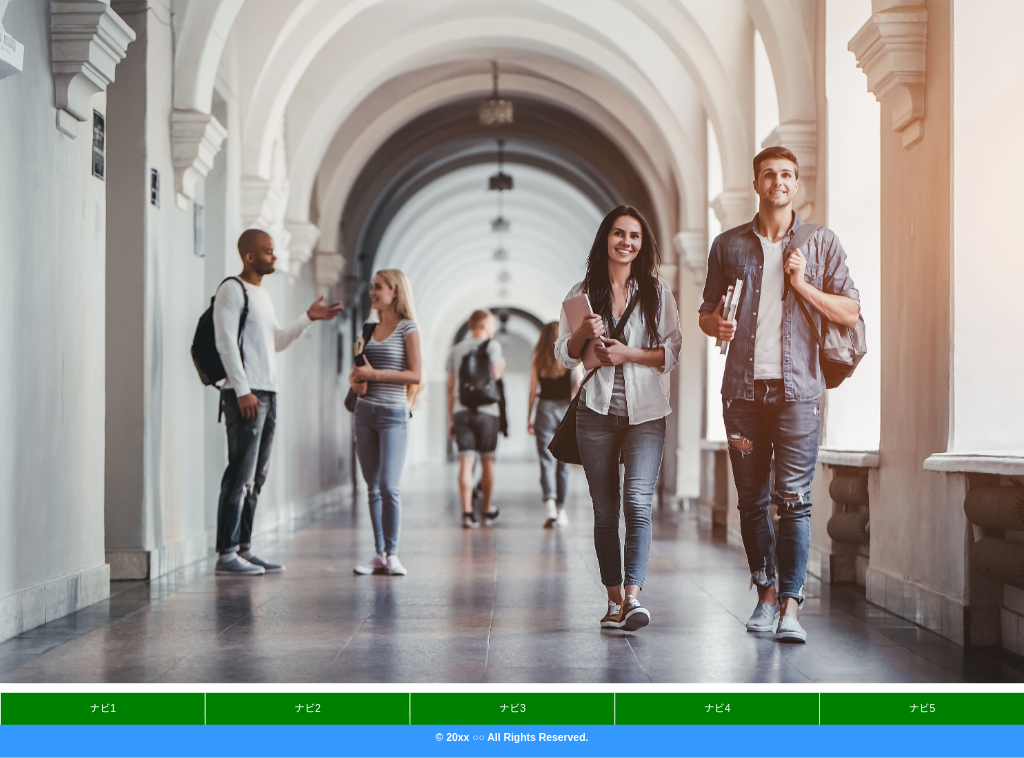
Repository: haruki1008/samurai_HTML-CSS
Page: home.html
The author's editor kept a record of every edit. The page is drawn from the files as they stood at one moment, then again after the next edit.
The browser window is 1280 px wide. The pictures show the whole page, at 80% of full size.
Pictures or frames that could not be fetched are drawn as grey boxes.

Above is the page before.

### home.html
<!DOCTYPE html>
<html lang="ja">
    <head>
        <meta charset="UTF-8">
        <title>HTML/CSSの学習</title>
        <link rel="stylesheet" href="stylesheet.css">
    </head>
    <body>
        <div id="header">

            <h1><a href="index.html"><img id="corridor" src="images/corridor.jpg" alt="大学の廊下" /></a></h1>
        </div>
        <div id="wrapper">
            <div id="nav">
                <ul>
                    <li><a href="home.html">ナビ1</a></li>
                     <li><a href="#">ナビ2</a></li>
                     <li><a href="#">ナビ3</a></li>
                     <li><a href="#">ナビ4</a></li>
                     <li><a href="#">ナビ5</a></li>

                </ul>
            </div>
        </div>
                <div id="footer">
            <p>&copy; 20xx ○○ All Rights Reserved.</p>
        </div>
    </body>
</html>

### stylesheet.css
@charset "utf-8";

body {
	margin: 0;
	padding: 0;
	font-family: "ヒラギノ角ゴ Pro W3", "Hiragino Kaku Gothic Pro", "メイリオ", Meiryo, Osaka, "ＭＳ Ｐゴシック", "MS PGothic", sans-serif;
	color: #333;
	font-size: 13px;
	line-height: 150%;
}

/* -------------------- wrapper -------------------- */
#wrapper {
	width: 100%;
	margin: auto;
	padding: 0px;
	border: 0px;
	background-color: #FFF;
	top: 10px;
	position: relative;
}
/* -------------------- header -------------------- */
 #header {
 	width: 100%;
 }
 #header h1 {
 	 margin: 0;
	 padding: 0;
 }

 #corridor {
	 width: 100%;
	 height: auto;
 }

 /* -------------------- footer -------------------- */
 #footer {
 	 clear: both;
 	 width: 100%;
 	 padding: 3px 0 3px 0;
 	 background: #39F;
 	 color: #FFF;
 	 font-weight: bold;
 	 text-align: center;
 }
 /* -------------------- nav -------------------- */
 #nav{
 	width: 100%;
 }
 #nav ul {
	 margin: 0;
	 padding: 0;
	 list-style-type: none;
 }
 #nav ul li {
	 float: left;
	 width: 20%;
	 text-align: center;
 }
 #nav ul li a {
	 display: block;
	 height: 20px;
	 margin: 0;
	 padding: 10px;
	 color: #FFF;+	 font-size: 20px;
	 text-decoration: none;
	 background-color: green;
    border-left: 1px solid white;
 }
  /* -------------------- container -------------------- */
 #container {
	 width: 100%;
	 margin: auto ;
	 padding: auto;
	 padding-top: 20px;
	 clear: both;
 }
 /* -------------------- main -------------------- */
 #main {
	 float: left;
	 width: 60%;
	 padding: 10px 30px 10px 10px;
 }
 #main h2 {
	 margin: 0 0 10px 0;
	 padding: 3px 10px 3px 10px;
	 color: #FFF;
	 font-size: 16px;
border-left: solid 10px #C00;
	 background: #F90 url(../images/main_h2.jpg) right top repeat-y;
 }
 #main p {
	 margin: 0;
	 padding: 0;
 }
 #main .post {
	 margin: 0 0 30px 0;
 }

 #main .post img.right {
	 margin: 0 0 0 8px;
 }
 #main .post img.left {
	 margin: 0 8px 0 0;
 }

 .right {
	 float: right;
	 width: 40%;
	 height: auto;
 }
 .left {
	 float: left;
	 width: 40%;
	 height: auto;
 }

 /* -------------------- clearfix -------------------- */
 .clearfix {
	 zoom: 1;
 }
+ .clearfix:after{
+	 content: "";
+	 display: block;
+	 clear: both;
+ }

After the next edit:
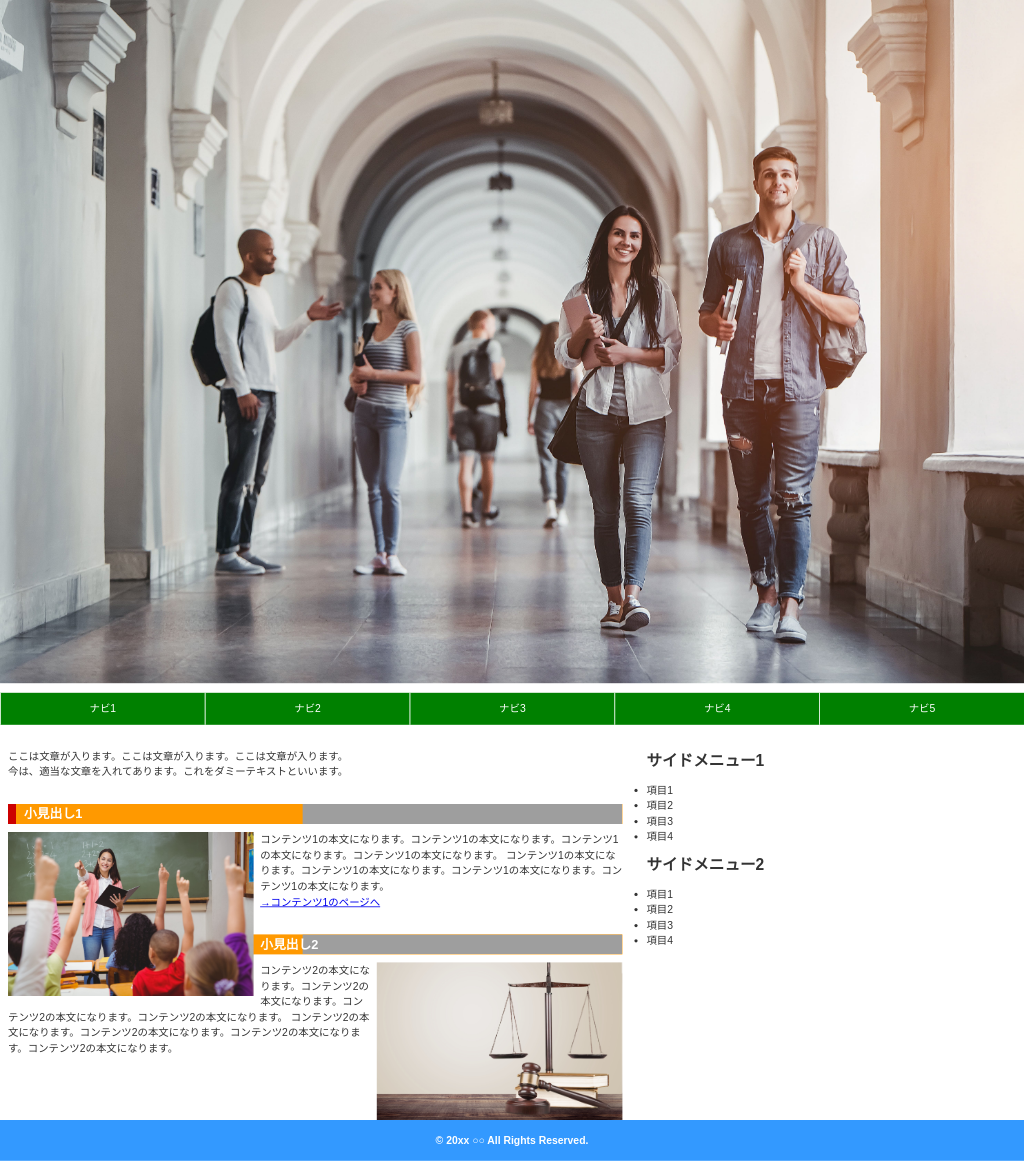
The edit:
--- a/home.html
+++ b/home.html
@@ -21,7 +21,56 @@
 
                 </ul>
             </div>
+            <div id="container">
+                <div id="main">
+                    <div class="post">
+                        <p>ここは文章が入ります。ここは文章が入ります。ここは文章が入ります。<br />今は、適当な文章を入れてあります。これをダミーテキストといいます。</p>
+                    </div>
+                    <div class="post clearfix">
+                        <h2>小見出し1</h2>
+                        <img class="left" src="images/classroom.jpg" alt="授業風景" />
+                        <p>
+                            コンテンツ1の本文になります。コンテンツ1の本文になります。コンテンツ1の本文になります。コンテンツ1の本文になります。
+                            コンテンツ1の本文になります。コンテンツ1の本文になります。コンテンツ1の本文になります。コンテンツ1の本文になります。
+                        </p>
+                        <p><a href="#">→コンテンツ1のページへ</a></p>
+                    </div>
+                    <div class="post clearfix">
+                        <h2>小見出し2</h2>
+                        <img class="right" src="images/scale.jpg" alt="天秤" />
+                        <p>
+                            コンテンツ2の本文になります。コンテンツ2の本文になります。コンテンツ2の本文になります。コンテンツ2の本文になります。
+                            コンテンツ2の本文になります。コンテンツ2の本文になります。コンテンツ2の本文になります。コンテンツ2の本文になります。
+                        </p>
+                    </div>
+                </div>
+            </div>
+            <div id="side">
+                <div class="box">
+                    <h2>サイドメニュー1</h2>
+                    <div class="boxBody">
+                        <ul>
+                            <li>項目1</li>
+                            <li>項目2</li>
+                            <li>項目3</li>
+                            <li>項目4</li>
+                        </ul>
+                    </div>
+                </div>
+                <div class="box">
+                    <h2>サイドメニュー2</h2>
+                    <div class="boxBody">
+                        <ul>
+                            <li>項目1</li>
+                            <li>項目2</li>
+                            <li>項目3</li>
+                            <li>項目4</li>
+                        </ul>
+                    </div>
+                </div>
+            </div>
         </div>
+
                 <div id="footer">
             <p>&copy; 20xx ○○ All Rights Reserved.</p>
         </div>
